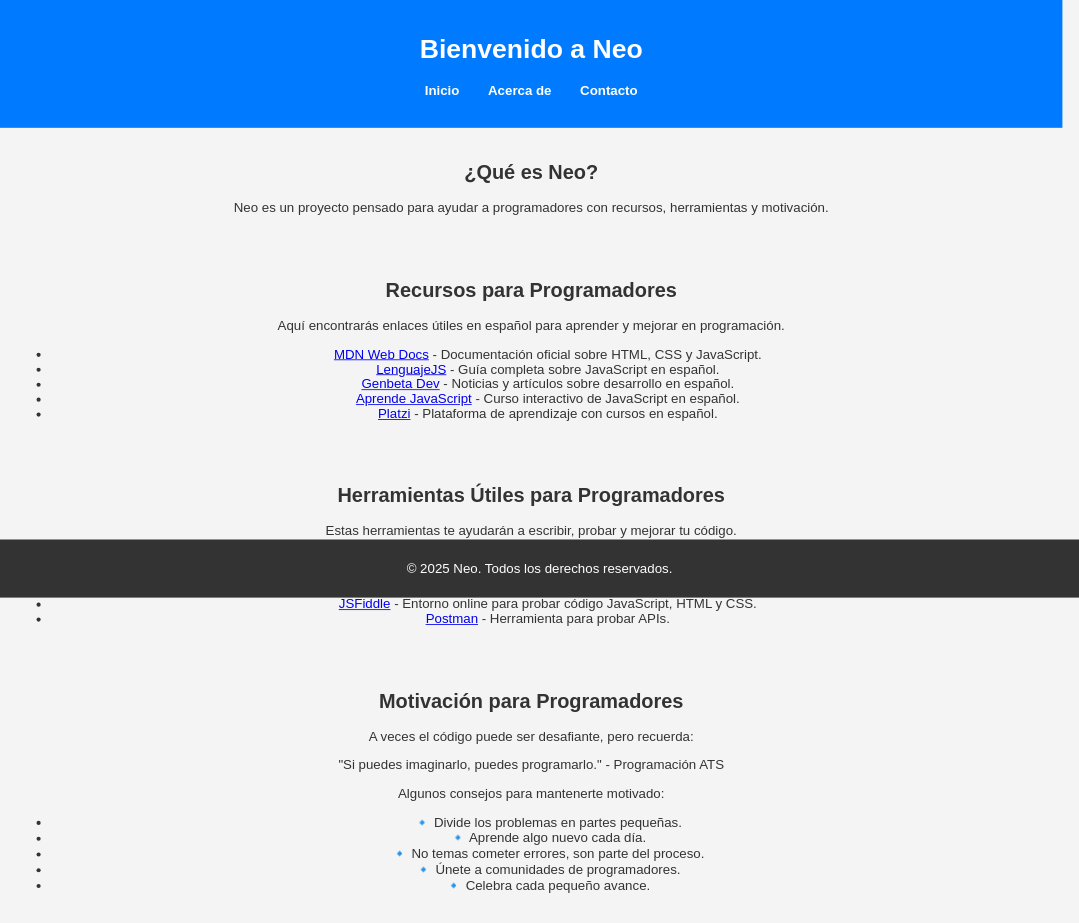
Repository: TapZc/getya_proyect
Page: index.html
An editor plug-in stored every save of this project. The page is shown before and after the next save, followed by the edit.
The browser window is 1280 px wide. The page is 1300 px wide, so the pictures cover 1300 px, including what lies to the right of the window. The pictures show the whole page, at 83% of full size.

Above is the page before, as saved 2025-02-21 07:12:15.

After the next save:
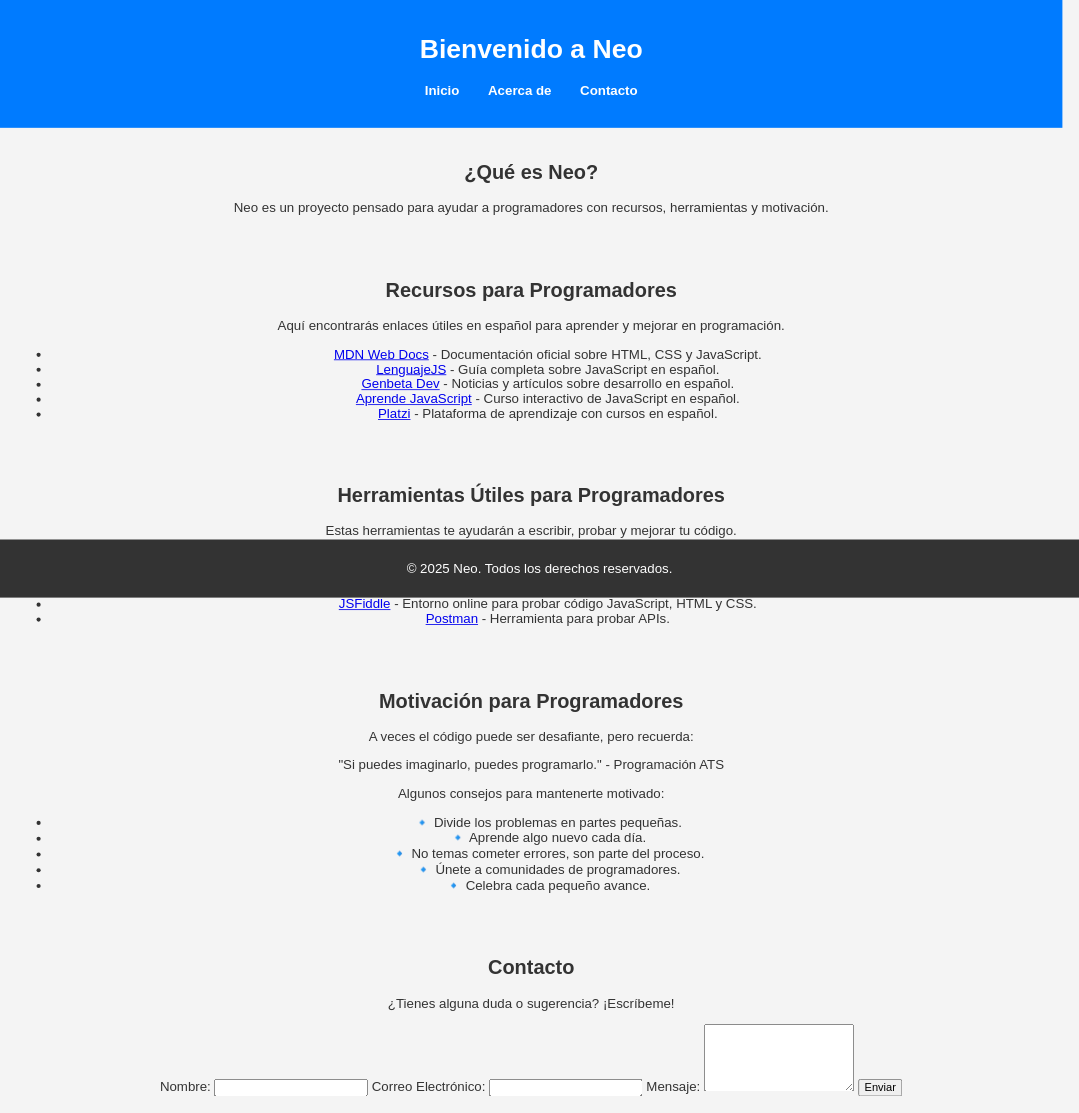
Saved 2 min 46 s later.
--- a/index.html
+++ b/index.html
@@ -63,6 +63,23 @@
         </ul>
     </section>
 
+    <section>
+        <h2>Contacto</h2>
+        <p>¿Tienes alguna duda o sugerencia? ¡Escríbeme!</p>
+        <form action="#" method="post">
+            <label for="nombre">Nombre:</label>
+            <input type="text" id="nombre" name="nombre" required>
+
+            <label for="email">Correo Electrónico:</label>
+            <input type="email" id="email" name="email" required>
+
+            <label for="mensaje">Mensaje:</label>
+            <textarea id="mensaje" name="mensaje" rows="5" required></textarea>
+
+            <button type="submit">Enviar</button>
+        </form>
+    </section>
+
 
     <footer>
         <p>&copy; 2025 Neo. Todos los derechos reservados.</p>
